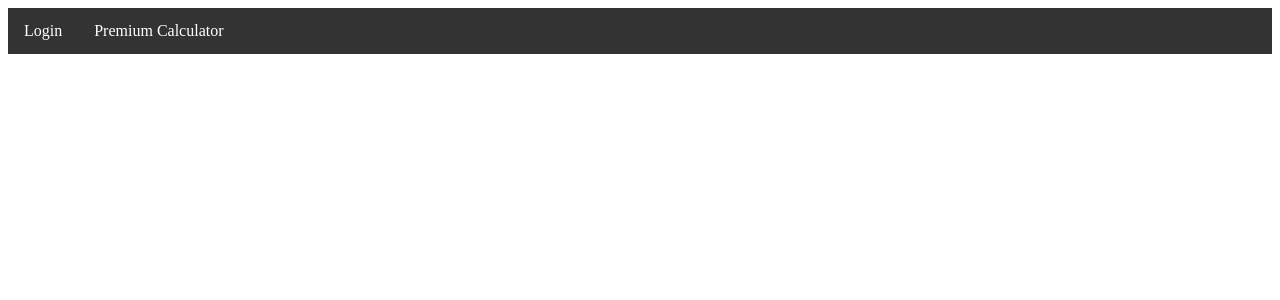
Repository: sowmini-nats/git-spring-project
Page: http://localhost/InsuranceAutomationSystem/navbar.jsp
The author's editor kept a copy of each file at every save. The page is drawn from the files as they stood at one save, then again after the next save.
The browser window is 1280 px wide. The pictures show the whole page.
The page is served by Tomcat 10. Other server files are loaded and not shown.

Above is the page before, as saved 2023-10-30 19:45:28.

### eclipse-workspace-jspassessment/InsuranceAutomationSystem/src/main/webapp/navbar.jsp
<%@ page language="java" contentType="text/html; charset=UTF-8" pageEncoding="UTF-8"%>
<!DOCTYPE html>
<html>
<head>
    <meta charset="UTF-8">
    <title>Navigation Bar</title>
    <style>
        .navbar {
            background-color: #333;
            overflow: hidden;
        }

        .navbar a {
            float: left;
            display: block;
            color: white;
            text-align: center;
            padding: 14px 16px;
            text-decoration: none;
        }

        .navbar a:hover {
            background-color: #ddd;
            color: black;
        }
    </style>
</head>
<body>
<%if(session.getAttribute("role")!=null){
	if(session.getAttribute("role").toString().equals("Agent")){ %>
}
    <div class="navbar">
        <a href="/home">Home</a>
        <a href="/customer/customer-agent-list">Customers</a>
        <a href="/policy/policy-details">Policies</a>
        <a href="/premium-calculator">Premium Calculator</a>
        <a href="/logout">Logout</a>
    </div>
 <%}} else {%>
 	 <div class="navbar">
        <a href="login">Login</a>
        <a href="/premium-calculator">Premium Calculator</a>
     </div>
 <%} %>

</body>
</html>

After the next save:
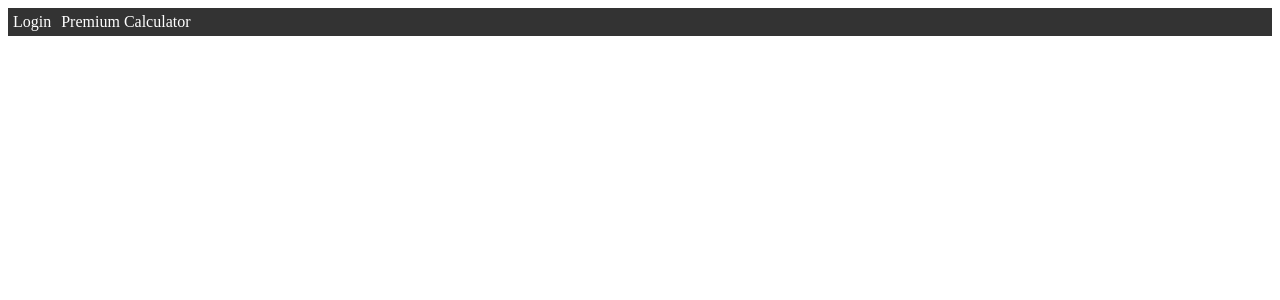
Saved 96 s later.
--- a/eclipse-workspace-jspassessment/InsuranceAutomationSystem/src/main/webapp/navbar.jsp
+++ b/eclipse-workspace-jspassessment/InsuranceAutomationSystem/src/main/webapp/navbar.jsp
@@ -15,7 +15,7 @@
             display: block;
             color: white;
             text-align: center;
-            padding: 14px 16px;
+            padding: 5px 5px;
             text-decoration: none;
         }
 
